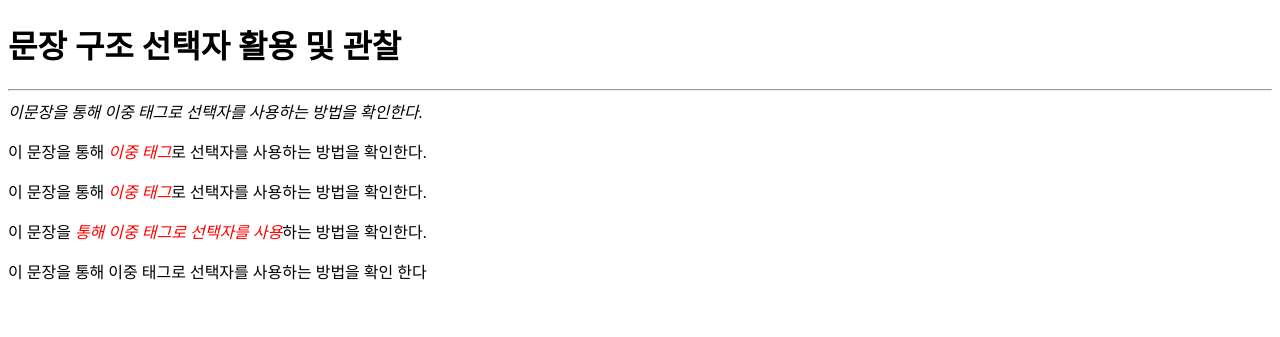
Repository: lolsoyeon/WebStudy
Page: WebApp02/WebContent/Test005.html
These files come from the project's save history. The page is drawn as it stood at one moment and after the next save; the edit follows.
The browser window is 1280 px wide. The pictures show the whole page.

Above is the page before, as saved 2022-09-28 02:13:26.

### WebApp02/WebContent/Test005.html
<!DOCTYPE html>
<html>
<head>
<meta charset="UTF-8">
<title>Test005.html</title>

<style type="text/css">

	p i {color: red;}
	/* 자손 선택자 */
	/* - 대상은 『i』 단, 상위에 『p』가 존재하는 『i』만....*/

</style>

</head>
<body>

<div>
	<h1>문장 구조 선택자 활용 및 관찰</h1>
	<hr>
</div>

<i>이문장을 통해 이중 태그로 선택자를 사용하는 방법을 확인한다.</i><br>

<p>이 문장을 통해 <i>이중 태그</i>로 선택자를 사용하는 방법을 확인한다.</p>

<p>이 문장을 <span>통해 <i>이중 태그</i>로 선택자를 사용</span>하는 방법을 확인한다.</p>

<p>이 문장을 <i>통해 <span>이중 태그</span>로 선택자를 사용</i>하는 방법을 확인한다.</p>

<span>이 문장을 통해 이중 태그로 선택자를 사용하는 방법을 확인 한다</span>

</body>
</html>

After the next save:
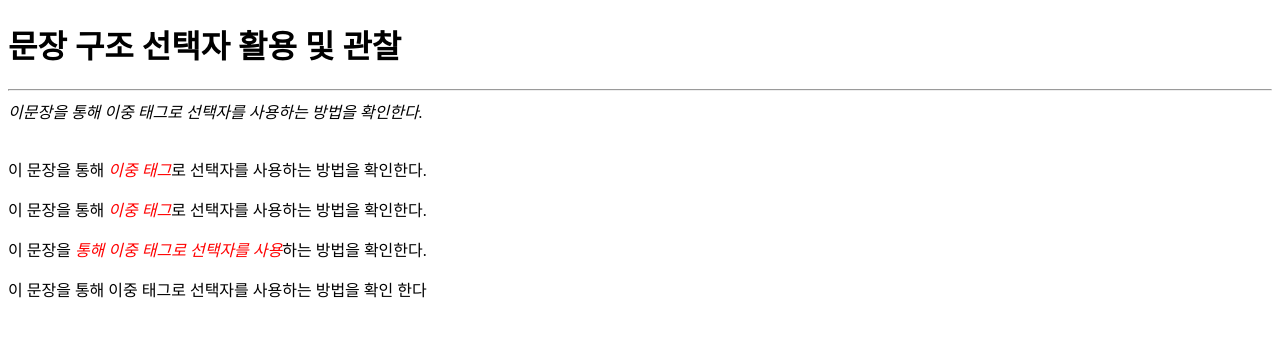
Saved 8 s later.
--- a/WebApp02/WebContent/Test005.html
+++ b/WebApp02/WebContent/Test005.html
@@ -20,7 +20,7 @@
 	<hr>
 </div>
 
-<i>이문장을 통해 이중 태그로 선택자를 사용하는 방법을 확인한다.</i><br>
+<i>이문장을 통해 이중 태그로 선택자를 사용하는 방법을 확인한다.</i><br><br>
 
 <p>이 문장을 통해 <i>이중 태그</i>로 선택자를 사용하는 방법을 확인한다.</p>
 
